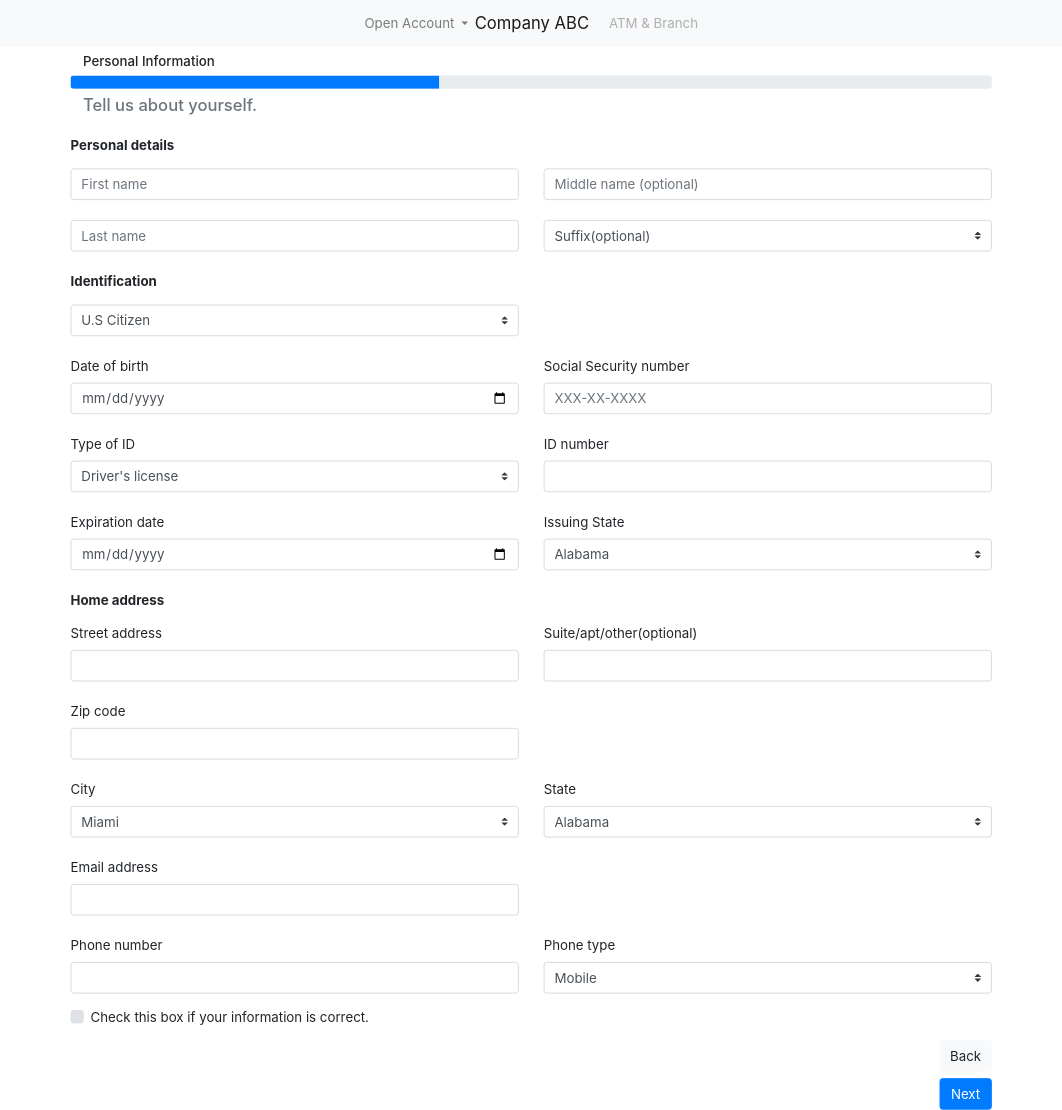
Repository: barriosan95/banking-opening-account-demo
Page: http://localhost/checking/application/customerInfo
The author's editor kept a record of every edit. The page is drawn from the files as they stood at one moment, then again after the next edit.
The browser window is 1280 px wide. The pictures show the whole page, at 83% of full size.
Some web fonts or font styles are not loaded; a fallback is used. Some web libraries are served in a nearby version. The page is served by the project's Node server (index.js).

Above is the page before.

After the next edit:
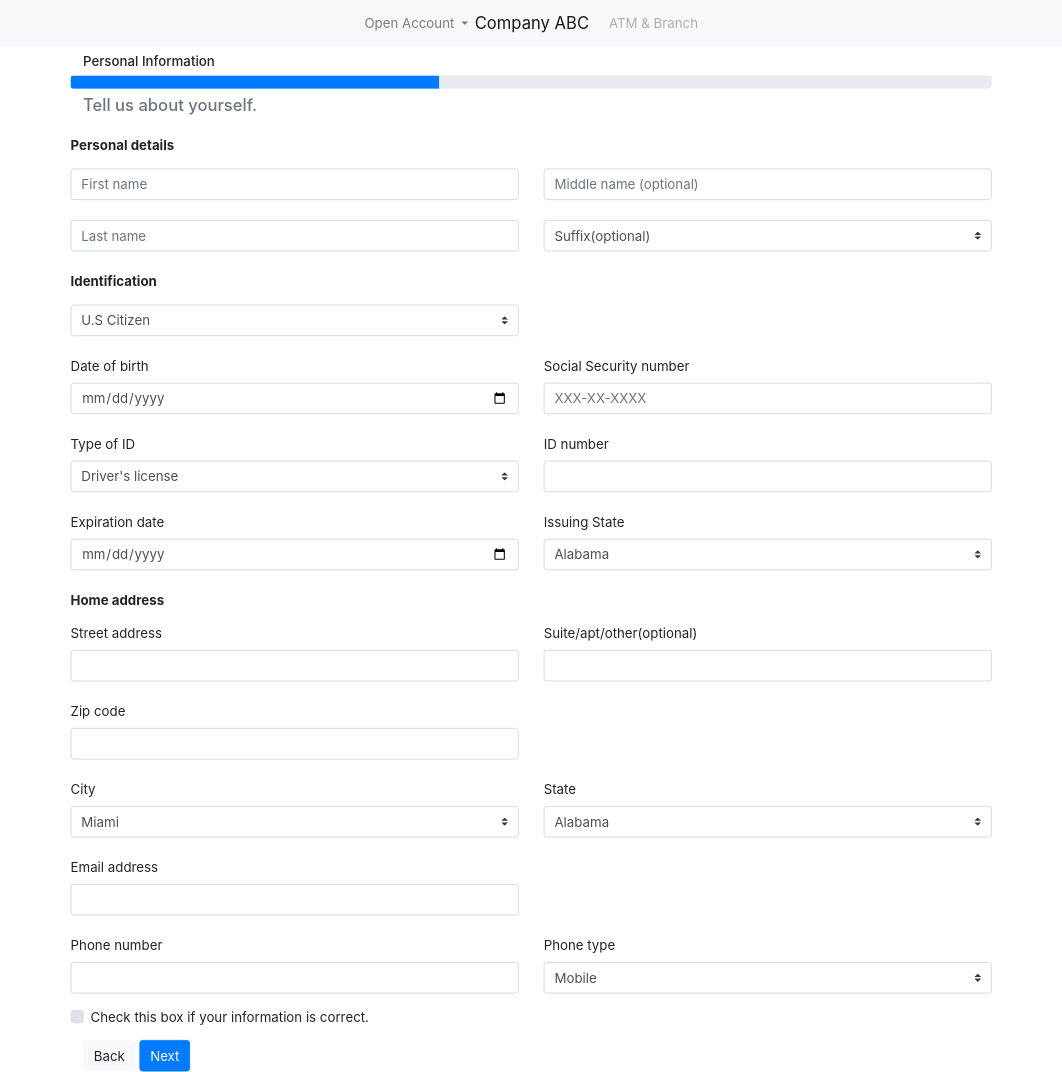
The edit:
--- a/views/info_app.ejs
+++ b/views/info_app.ejs
@@ -167,9 +167,9 @@
         </div>
         <div class ="container">
             <div class ="row mt-2">
-                <div class = "ml-auto">
-                    <span><a href="#" > <button class="btn btn-light btn-block mt-2">Back</button></a></span>
-                    <span><a href="#" > <button class="btn btn-primary btn-block mt-2">Next</button></a></span>
+                <div class = "col ml-auto">
+                    <span><a href="#" > <button class="btn btn-light mt-2">Back</button></a></span>
+                    <span><a href="#" > <button class="btn btn-primary mt-2">Next</button></a></span>
                 </div>
             </div>
 
